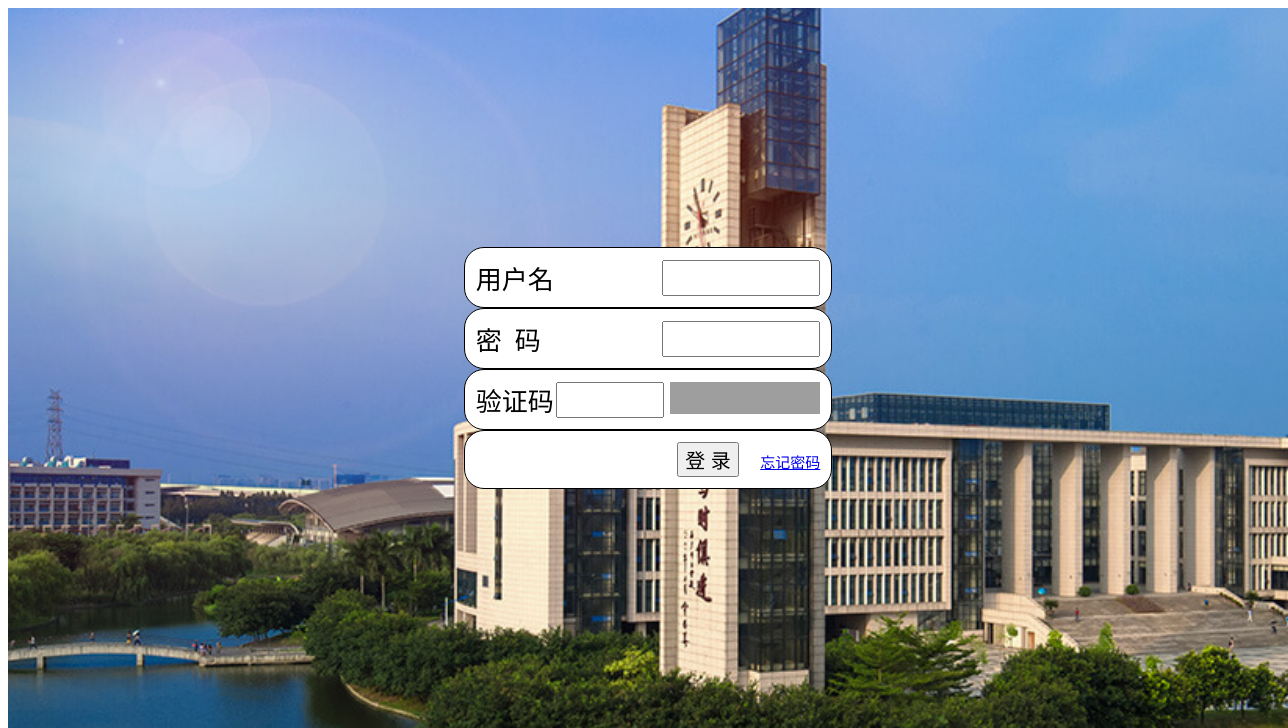
Repository: IAmJiangWenHao/ReportServer
Page: demo.html
An editor plug-in stored every save of this project. The page is shown before and after the next save, followed by the edit.
The browser window is 1280 px wide. The page is 1288 px wide, so the pictures cover 1288 px, including what lies to the right of the window. The pictures show the whole page.
Pictures or frames that could not be fetched are drawn as grey boxes.

Above is the page before, as saved 2023-05-16 12:09:34.

After the next save:
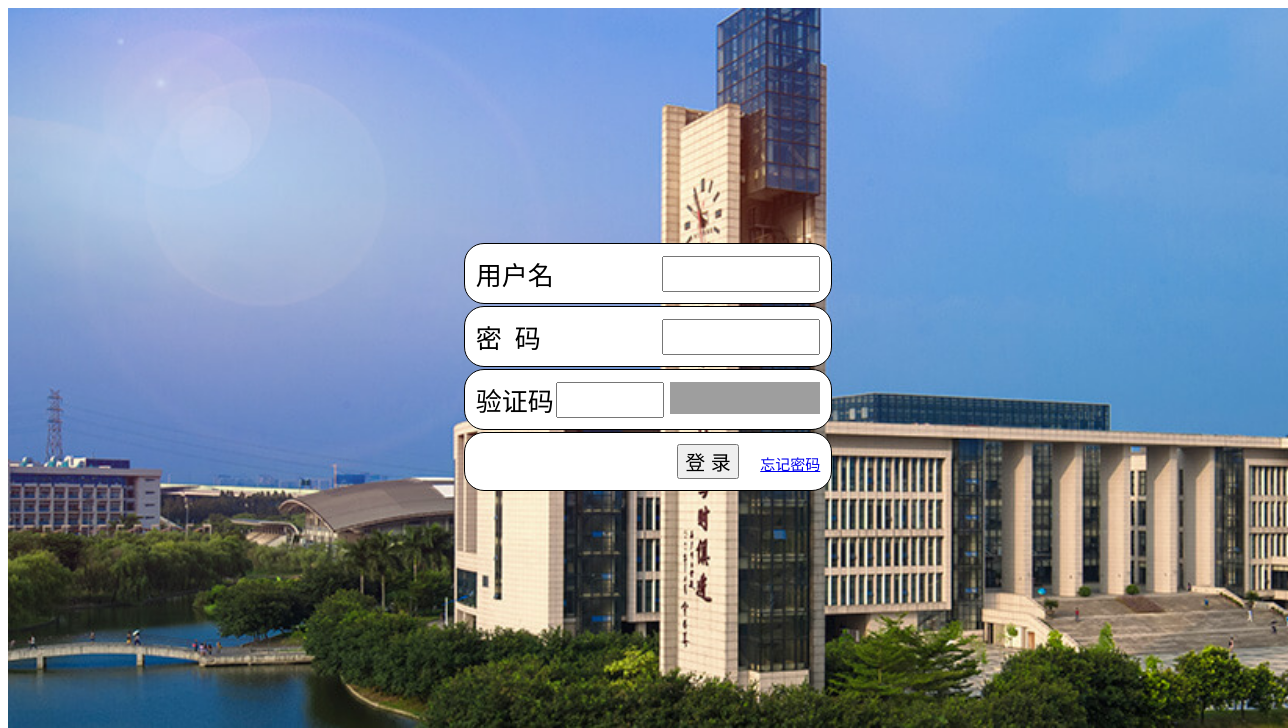
Saved 33 s later.
--- a/demo.html
+++ b/demo.html
@@ -31,6 +31,7 @@
 
     table tbody tr {
       border: 1px solid black;
+      margin-bottom: 2px;
       display: flex;
       border-radius: 20px;
       width: auto;
